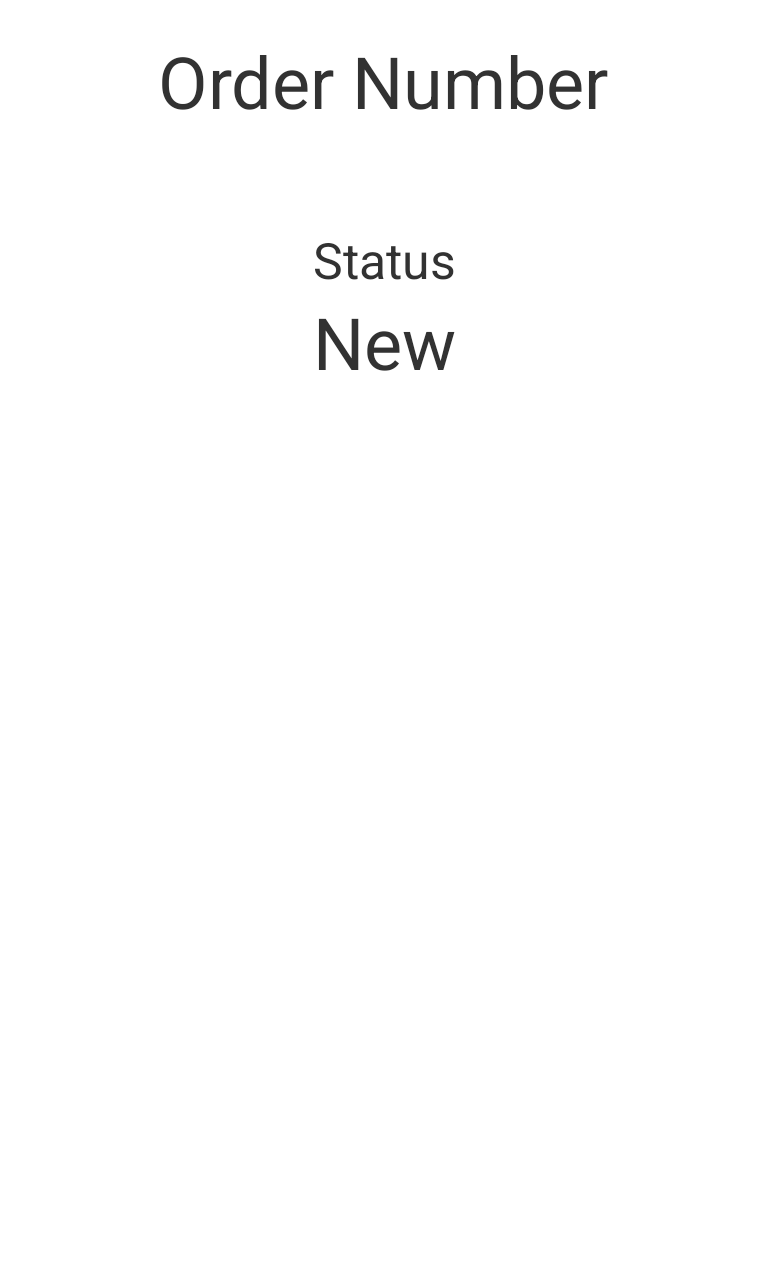
Repository: PotatoBiscuit/Thirstbuster
Layout: MobApp/workspace/DrinkAndGo/res/layout/activity_order.xml
The author's editor kept a copy of each file at every save. The layout is drawn from the files as they stood at one save, then again after the next save.
It is drawn on a 768 x 1280 px phone screen (xhdpi) without system bars, with theme AppTheme; the app's code is not run.

Above is the layout before, as saved 2016-04-18 02:08:23.

### MobApp/workspace/DrinkAndGo/res/layout/activity_order.xml
<LinearLayout xmlns:android="http://schemas.android.com/apk/res/android"
    xmlns:tools="http://schemas.android.com/tools"
    android:layout_width="match_parent"
    android:layout_height="match_parent"
    android:focusableInTouchMode="true"
    android:gravity="center_horizontal"
    android:orientation="vertical"
    android:paddingBottom="@dimen/activity_vertical_margin"
    android:paddingLeft="@dimen/activity_horizontal_margin"
    android:paddingRight="@dimen/activity_horizontal_margin"
    android:paddingTop="@dimen/activity_vertical_margin"
    tools:context="com.CS477.drinkandgo.OrderActivity" >

    <TextView
        android:id="@+id/order_number_text"
        android:layout_width="wrap_content"
        android:layout_height="wrap_content"
        android:layout_gravity="center_horizontal"
        android:gravity="center_horizontal"
        android:text="@string/order_number"
        android:textSize="@dimen/title_size" />

    <TextView
        android:id="@+id/order_number"
        android:layout_width="match_parent"
        android:layout_height="wrap_content"
        android:layout_gravity="center_horizontal"
        android:ems="10"
        android:gravity="center_horizontal"
        android:textSize="@dimen/title_size" />

    <TextView
        android:id="@+id/status_text"
        android:layout_width="wrap_content"
        android:layout_height="wrap_content"
        android:ems="10"
        android:gravity="center_horizontal"
        android:text="@string/status"
        android:textSize="@dimen/title_size2" />

    <TextView
        android:id="@+id/status"
        android:layout_width="match_parent"
        android:layout_height="wrap_content"
        android:ems="10"
        android:gravity="center_horizontal"
        android:text="@string/new_order"
        android:textSize="@dimen/title_size" />

    <Button
        android:id="@+id/home_button"
        android:layout_width="wrap_content"
        android:layout_height="wrap_content"
        android:text="@string/home"
        android:visibility="gone"
        android:onClick="goBack" />

</LinearLayout>

### MobApp/workspace/DrinkAndGo/res/values/dimens.xml
<resources>

    <!-- Default screen margins, per the Android Design guidelines. -->
    <dimen name="activity_horizontal_margin">16dp</dimen>
    <dimen name="activity_vertical_margin">16dp</dimen>
    <dimen name="title_size">72px</dimen>
    <dimen name="button_margin">10dp</dimen>
    <dimen name="title_margin">50dp</dimen>
    <dimen name="title_size2">25dp</dimen>

</resources>

### MobApp/workspace/DrinkAndGo/res/values/strings.xml
<?xml version="1.0" encoding="utf-8"?>
<resources>

    <string name="app_name">DrinkAndGo</string>
    <string name="sign_in">Sign In</string>
    <string name="sign_up">Sign Up</string>
    <string name="title_activity_sign_in">SignInActivity</string>
    <string name="hello_world">Hello world!</string>
    <string name="action_settings">Settings</string>
    <string name="title_activity_sign_up">SignUpActivity</string>
    <string name="username">Username</string>
    <string name="password">Password</string>
    <string name="submit">Submit</string>
    <string name="title_activity_venue_search">VenueSearchActivity</string>
    <string name="name">Name</string>
    <string name="confirm_password">Re-enter Password</string>
    <string name="card_number">Credit Card Number</string>
    <string name="password_error">Passwords do not match!</string>
    <string name="input_error">All fields must be filled!</string>
    <string name="username_error">Username or password is incorrect!</string>
    <string name="username_not_unique">Username is already taken!</string>
    <string name="search_venue">Search Venue</string>
    <string name="search">Search</string>
    <string name="select">Select</string>
    <string name="title_activity_menu">MenuActivity</string>
    <string name="back">Back</string>
    <string name="cart">Cart</string>
    <string name="title_activity_cart">CartActivity</string>
    <string name="order">Order</string>
    <string name="self">Self-Service</string>
    <string name="table">Table-Service</string>
    <string name="enter_table_num">Enter Table Number</string>
    <string name="title_activity_order">OrderActivity</string>
    <string name="order_number">Order Number</string>
    <string name="status">Status</string>
	<string name="home">Return</string>
	<string name="new_order">New</string>

</resources>

Loaded but not shown: MobApp/workspace/DrinkAndGo/res/values/styles.xml (common file); MobApp/workspace/DrinkAndGo/res/values-v11/styles.xml (common file); MobApp/workspace/DrinkAndGo/res/values-v14/styles.xml (common file); MobApp/workspace/DrinkAndGo/res/values-w820dp/dimens.xml (common file)

After the next save:
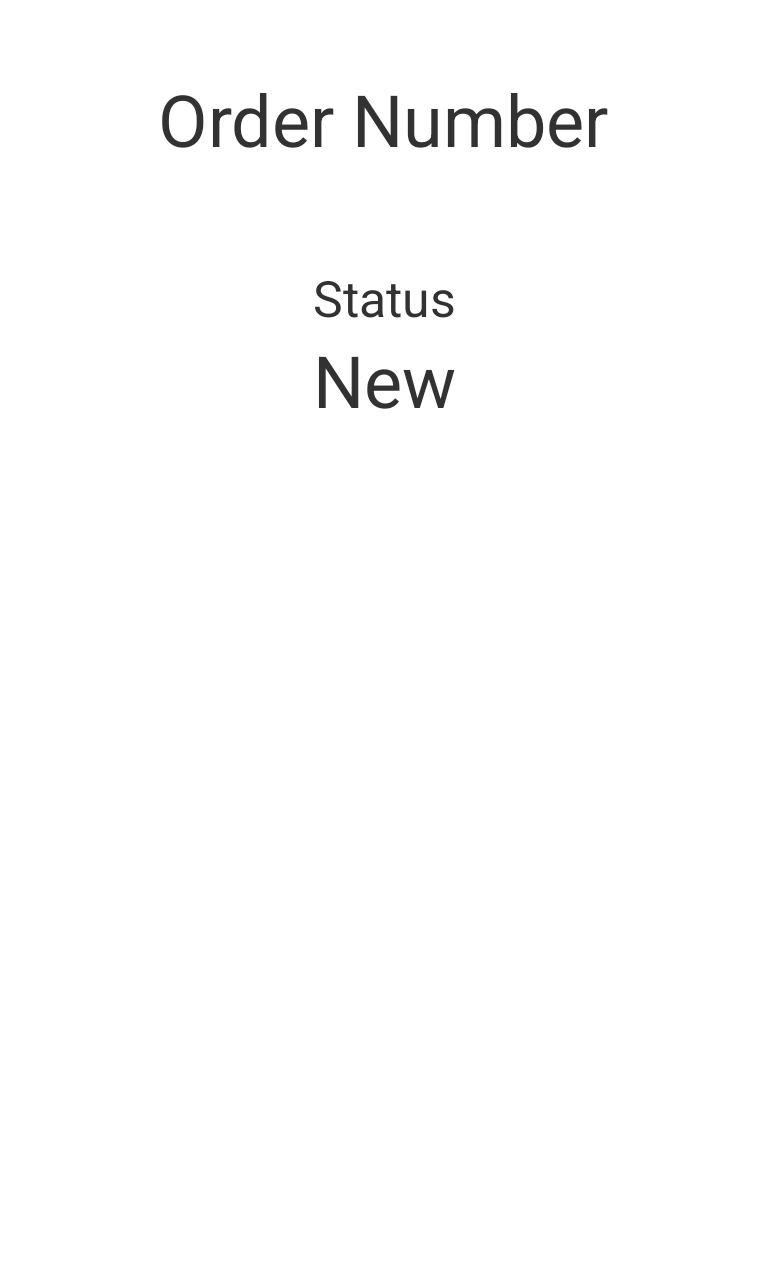
Saved 53 s later.
--- a/MobApp/workspace/DrinkAndGo/res/layout/activity_order.xml
+++ b/MobApp/workspace/DrinkAndGo/res/layout/activity_order.xml
@@ -10,6 +10,12 @@
     android:paddingRight="@dimen/activity_horizontal_margin"
     android:paddingTop="@dimen/activity_vertical_margin"
     tools:context="com.CS477.drinkandgo.OrderActivity" >
+
+    <TextView
+        android:id="@+id/venue"
+        android:layout_width="match_parent"
+        android:layout_height="wrap_content"
+        android:ems="10" />
 
     <TextView
         android:id="@+id/order_number_text"
